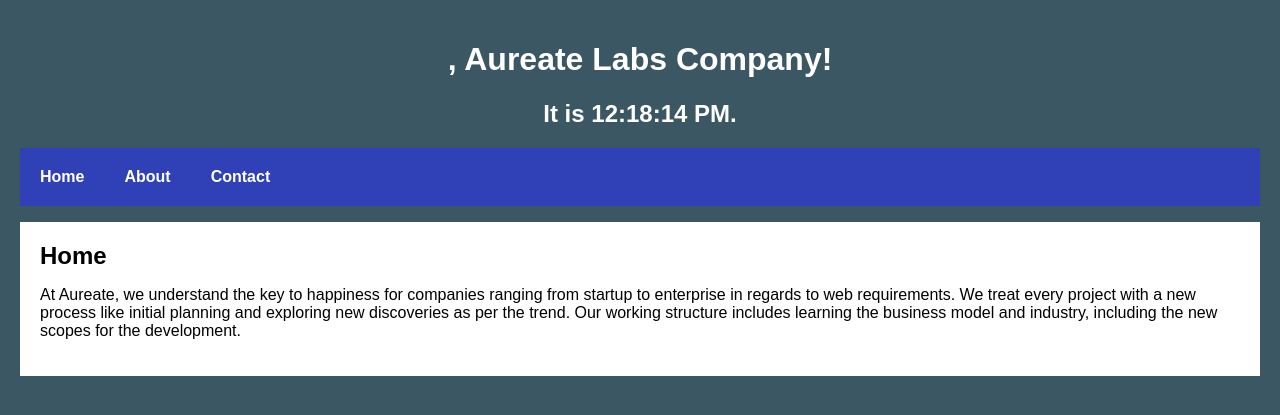
Repository: hardikaureate/React-Pages-Menu
Page: /
An editor plug-in stored every save of this project. The page is shown before and after the next save, followed by the edit.
The browser window is 1280 px wide. The pictures show the whole page.
The project was rebuilt for these pictures with package versions that can differ from the ones it lists, and the page was loaded fresh each time. Also part of the build but not shown: src/About.js, src/Contact.js.

Above is the page before, as saved 2020-10-09 15:15:27.

After the next save:
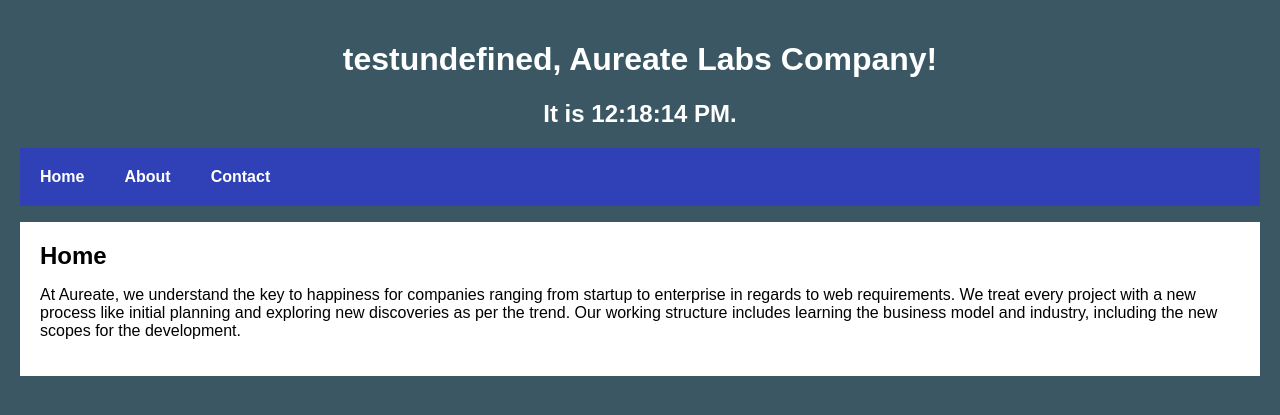
Saved 90 s later.
--- a/src/Clock.js
+++ b/src/Clock.js
@@ -35,7 +35,7 @@
                       const allname = 'Aureate Labs'
                 return (
                   <div>
-                    <h1 className="common">{this.state.greeting}, {allname} {this.props.name}!</h1>
+                    <h1 className="common">{"test"+this.state.greeting}, {allname} {this.props.name}!</h1>
                     <h2 className="common">It is {this.state.date.toLocaleTimeString()}.</h2>
                   </div>
                 );
